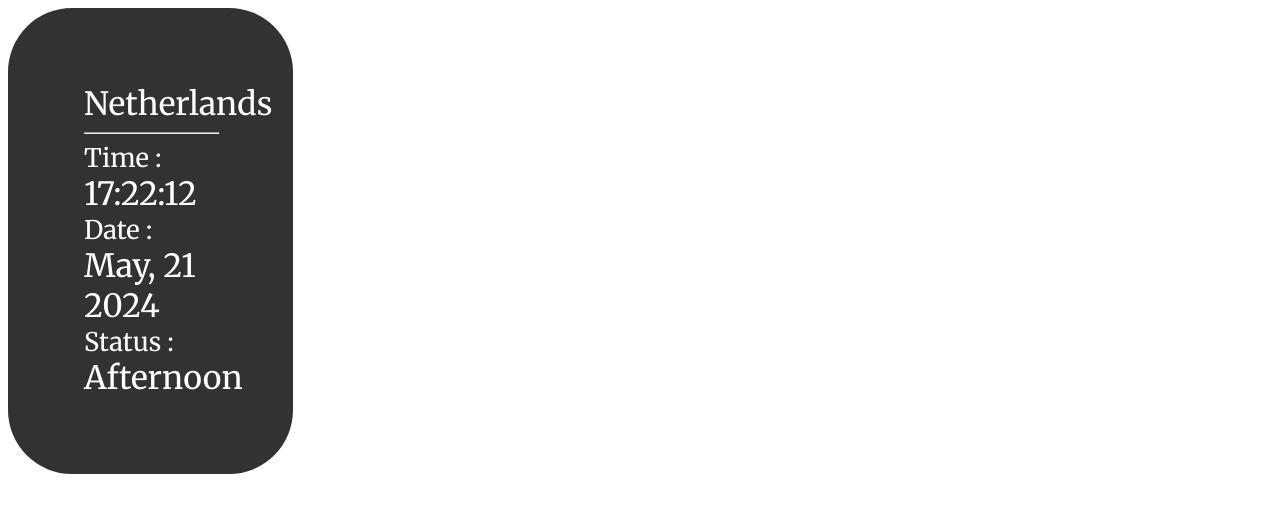
Repository: SnakeXrnt/notion-clock
Page: netherlands.html
The author's editor kept a copy of each file at every save. The page is drawn from the files as they stood at one save, then again after the next save.
The browser window is 1280 px wide. The pictures show the whole page.

Above is the page before, as saved 2024-05-21 16:43:29.

After the next save:
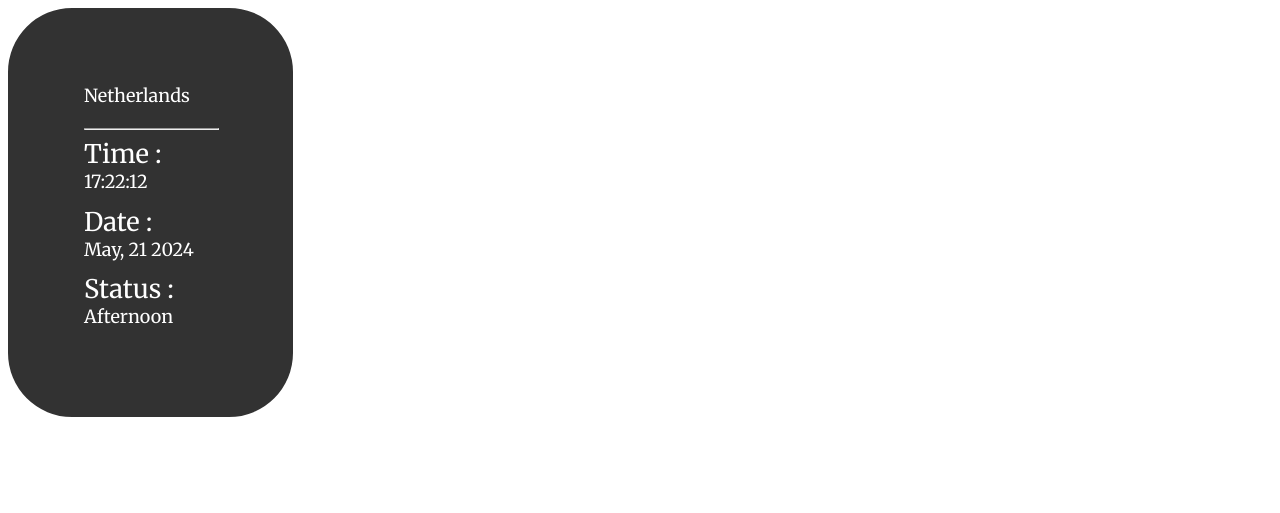
Saved 4 s later.
--- a/netherlands.html
+++ b/netherlands.html
@@ -17,7 +17,7 @@
         }
 
         h1 {
-            font-size: ;large
+            font-size: large;
             padding-bottom: 1vw;
         }
         h2 {
